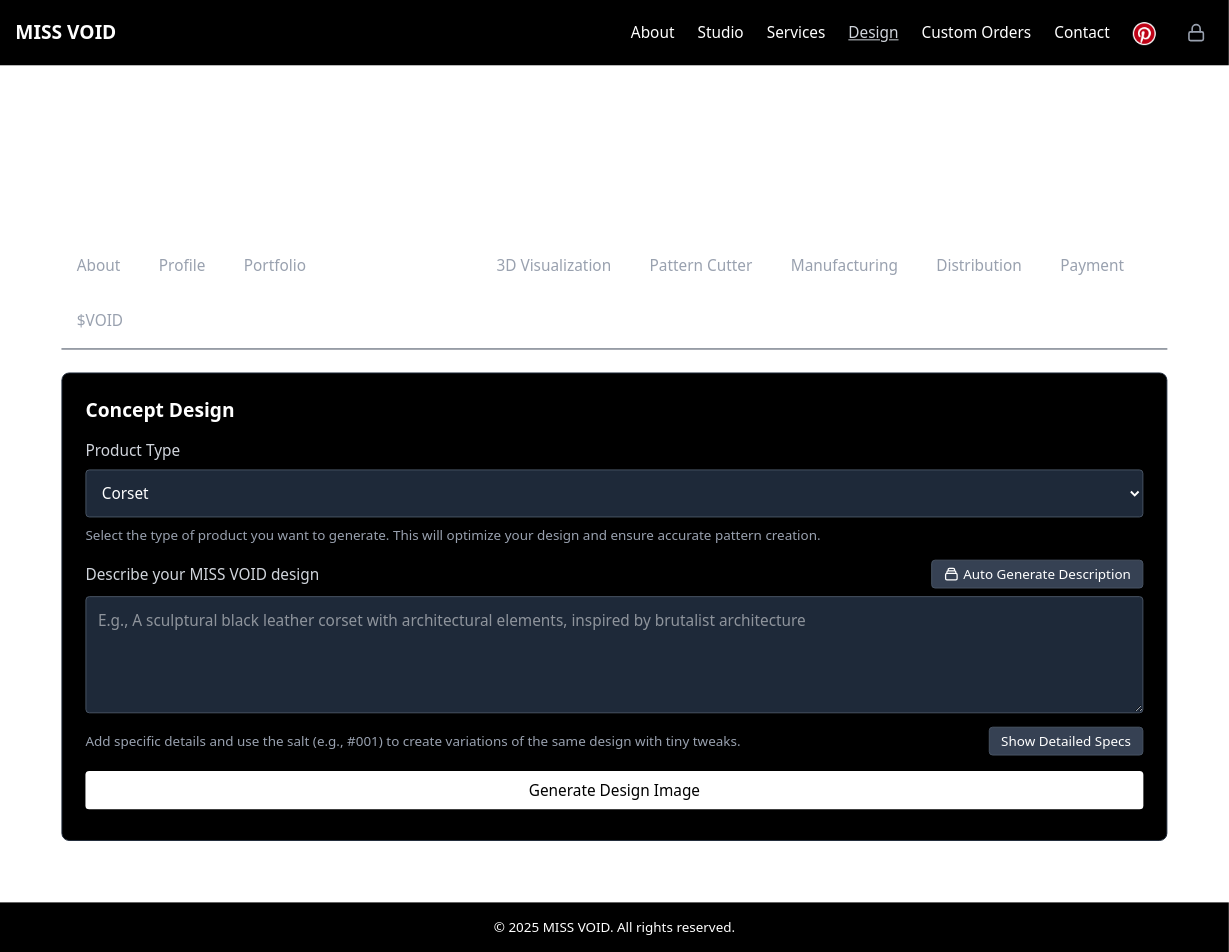
Repository: b0ase/missvoid2
Page: /design
An editor plug-in stored every save of this project. The page is shown before and after the next save, followed by the edit.
The browser window is 1280 px wide. The pictures show the whole page, at 96% of full size.
The project was rebuilt for these pictures with package versions that can differ from the ones it lists, and the page was loaded fresh each time. The framework's server and built-in components were replaced by stand-ins that run in the browser. Also part of the build but not shown: next.config.js, src/app/components/ThreeDModelViewer.tsx.

Above is the page before, as saved 2025-05-08 18:14:10.

After the next save:
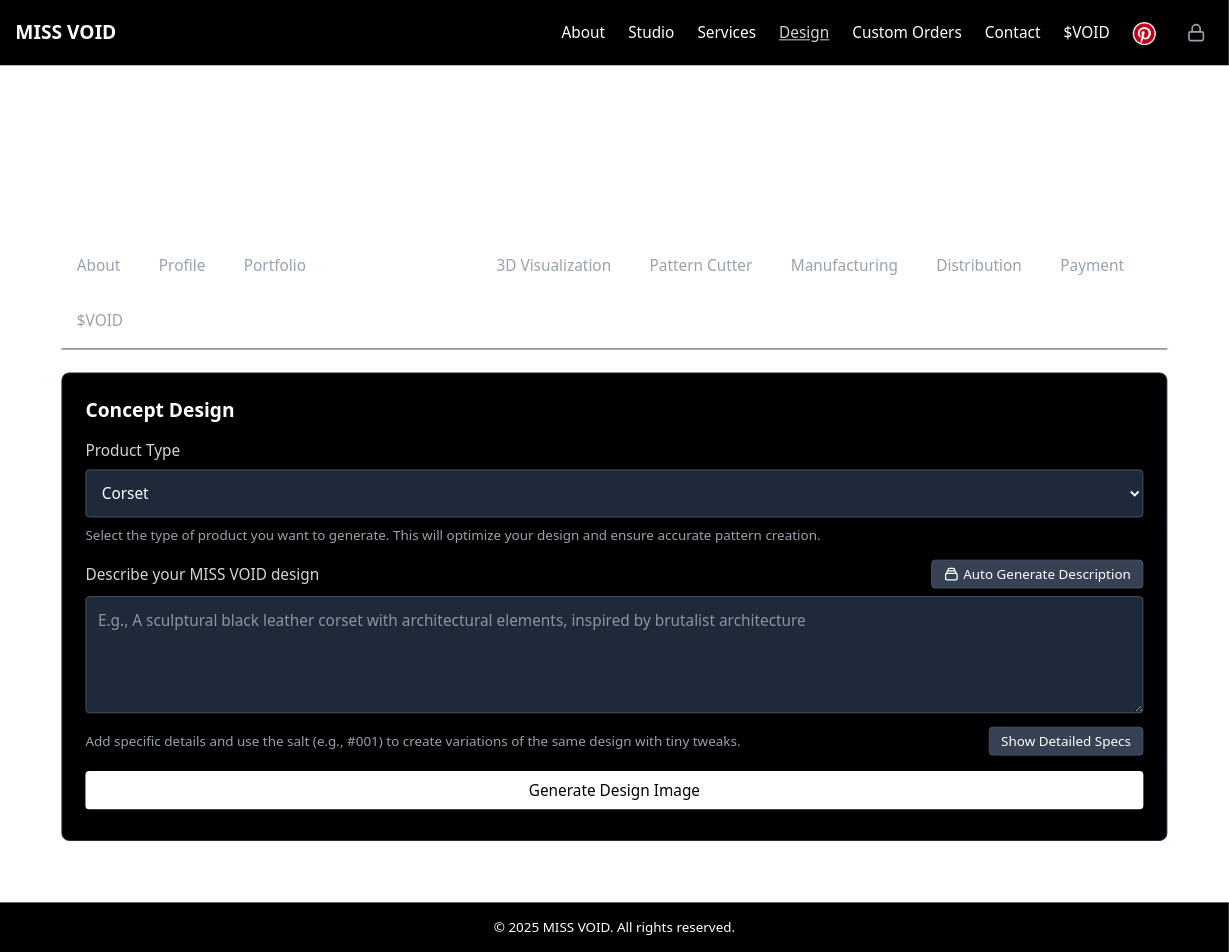
Saved 4 min 0 s later.
--- a/src/app/components/Navigation.tsx
+++ b/src/app/components/Navigation.tsx
@@ -56,6 +56,12 @@
             className={`hover:text-gray-300 transition ${pathname === '/contact' ? 'text-gray-300 underline' : ''}`}
           >
             Contact
+          </Link>
+          <Link
+            href="/void"
+            className={`hover:text-gray-300 transition font-medium ${pathname === '/void' ? 'text-gray-300 underline' : ''}`}
+          >
+            $VOID
           </Link>
           <Link
             href="https://uk.pinterest.com/MissVoid_Couture/"
@@ -137,6 +143,13 @@
             Contact
           </Link>
           <Link
+            href="/void"
+            className={`py-2 hover:text-gray-300 transition font-medium ${pathname === '/void' ? 'text-gray-300 underline' : ''}`}
+            onClick={() => setMobileMenuOpen(false)}
+          >
+            $VOID
+          </Link>
+          <Link
             href="https://uk.pinterest.com/MissVoid_Couture/"
             className="py-2 hover:text-gray-300 transition"
             target="_blank"
